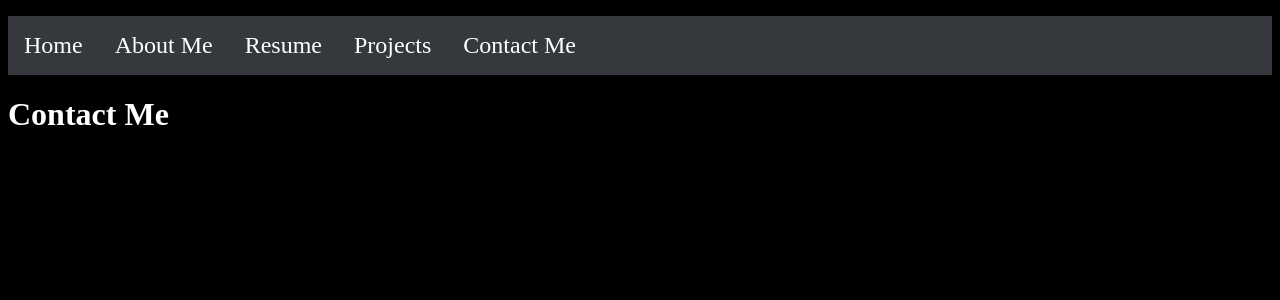
Repository: MasonSingleterry/MasonSingleterry.github.io
Page: contactme.html
The author's editor kept a record of every edit. The page is drawn from the files as they stood at one moment, then again after the next edit.
The browser window is 1280 px wide. The pictures show the whole page.

Above is the page before.

After the next edit:
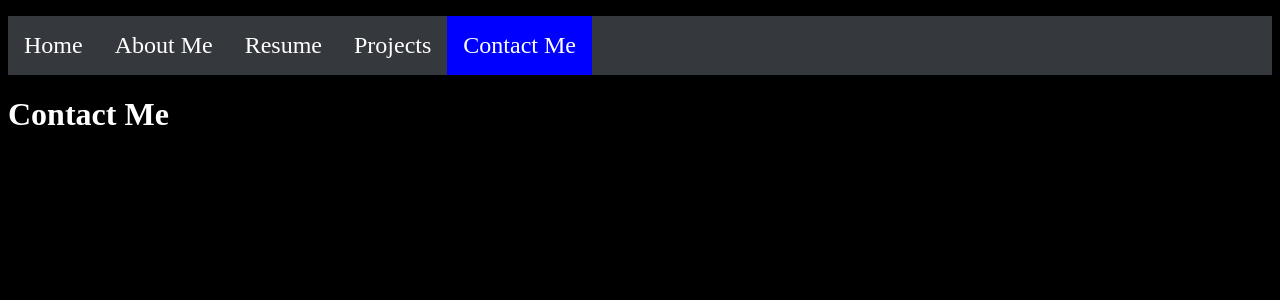
The edit:
--- a/contactme.html
+++ b/contactme.html
@@ -17,7 +17,7 @@
                     <li><a href = "project3.html">project 3</a></li>
                 </ul>
             </li>
-            <li><a href = "contactme.html">Contact Me</a></li>
+            <li class = "active"><a href = "contactme.html">Contact Me</a></li>
         </ul>
         <h1>Contact Me</h1>
     </body>
